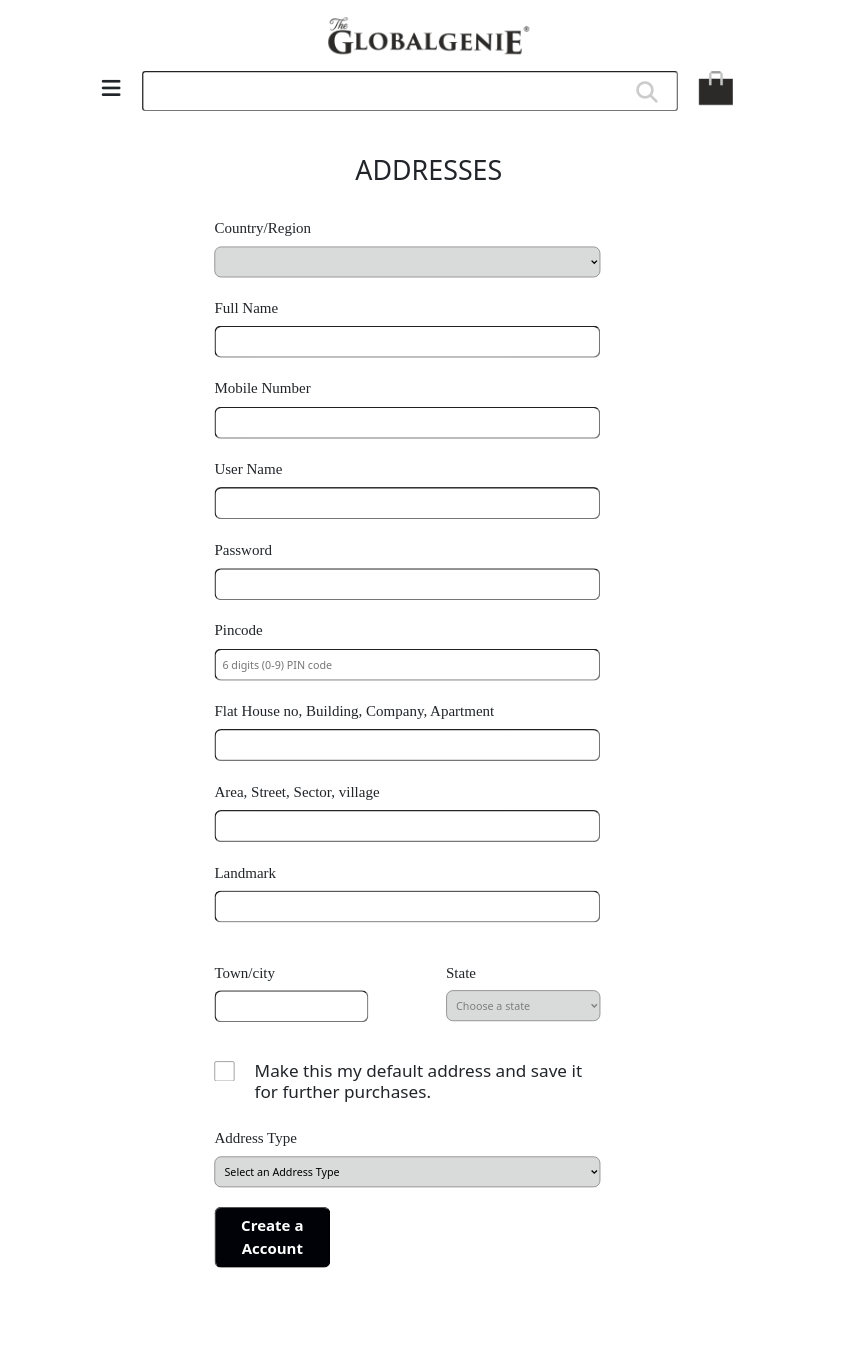
Repository: FlyweisReact/newGlobalGinie
Page: /address
The author's editor kept a copy of each file at every save. The page is drawn from the files as they stood at one save, then again after the next save.
The browser window is 1280 px wide. The pictures show the whole page, at 67% of full size.
Some web libraries are served in a nearby version. The project was rebuilt for these pictures with package versions that can differ from the ones it lists, and the page was loaded fresh each time. Also part of the build but not shown: src/Component/Footer.js, src/Screen/Return.js, src/Screen/AllOrders.js, src/Screen/AllProduct.js, src/Component/Hero2.js, src/Screen/Baby.css, src/Component/Reviews.js, src/Screen/Baby.js and 35 more.

Above is the page before, as saved 2023-02-16 19:30:19.

### public/index.html
<!-- @format -->

<!DOCTYPE html>
<html lang="en">
  <head>
    <meta charset="utf-8" />
    <link rel="icon" href="%PUBLIC_URL%/favicon.ico" />
    <meta name="viewport" content="width=device-width, initial-scale=1" />
    <meta name="theme-color" content="#000000" />
    <meta
      name="description"
      content="Web site created using create-react-app"
    />
    <link rel="apple-touch-icon" href="%PUBLIC_URL%/logo192.png" />
    <link rel="manifest" href="%PUBLIC_URL%/manifest.json" />
    <meta content="width=device-width, initial-scale=1" name="viewport" />

    <title>Global Ginie</title>
  </head>
  <body>
    <noscript>You need to enable JavaScript to run this app.</noscript>
    <div id="root"></div>
  </body>
  <script
    src="https://kit.fontawesome.com/b533b351e4.js"
    crossorigin="anonymous"
  ></script>
</html>

### src/Screen/Address.js
/** @format */

import React from "react";
import img1 from "../Assets/asset1.png";

const Address = () => {
  return (
    <>
      <div className="MyOrderHead">
        {/* <img src={img1} alt="" /> */}
        <h1 style={{ textAlign: "center", display: "block", margin: "auto" }}>ADDRESSES</h1>
      </div>

      <div
        className="OrderSummary"
        id="MyFormNew"
      >
        <div className="left">
          <div className="LeftForm">
            <div>
              <label>Country/Region</label>
              <br />
              <select
                style={{
                  backgroundColor: "#D9DADA",
                  border: "1px solid #707070",
                }}
              >
                <option></option>
              </select>
            </div>

            <div>
              <label>Full Name</label>
              <br />
              <input type={"text"} />
            </div>

            <div>
              <label>Mobile Number</label>
              <br />
              <input type={"number"} />
            </div>

            <div>
              <label>User Name</label>
              <br />
              <input type={"text"} />
            </div>

            <div>
              <label>Password</label>
              <br />
              <input type={"password"} />
            </div>

            <div>
              <label>Pincode</label>
              <br />
              <input type={"number"} placeholder="6 digits (0-9) PIN code" />
            </div>

            <div>
              <label>Flat House no, Building, Company, Apartment</label>
              <br />
              <input type={"text"} />
            </div>

            <div>
              <label>Area, Street, Sector, village</label>
              <br />
              <input type={"text"} />
            </div>

            <div>
              <label>Landmark</label>
              <br />
              <input type={"password"} />
            </div>

            <div className="mix">
              <div>
                <label>Town/city</label>
                <input type="text"></input>
              </div>
              <div>
                <label>State</label>
                <select
                  style={{
                    backgroundColor: "#D9DADA",
                    border: "1px solid #707070",
                    color: "#7E7E7E",
                  }}
                >
                  <option>Choose a state</option>
                </select>
              </div>
            </div>

            <div className="check">
              <div>
                <input type={"checkbox"} />
              </div>
              <h5>
                Make this my default address and save it for further purchases.
              </h5>
            </div>

            <div>
              <label>Address Type</label>
              <br />
              <select
                style={{
                  backgroundColor: "#D9DADA",
                  border: "1px solid #707070",
                }}
              >
                <option>Select an Address Type</option>
              </select>
            </div>

            <button className="newBtn">Create a Account</button>
          </div>
        </div>
      </div>

    </>
  );
};

export default Address;

Loaded but not shown: src/Component/NavBar.js (275 lines, source omitted); src/App.js (99 lines, source omitted); src/index.js (14 lines, source omitted); src/index.css (2670 lines, source omitted)

After the next save:
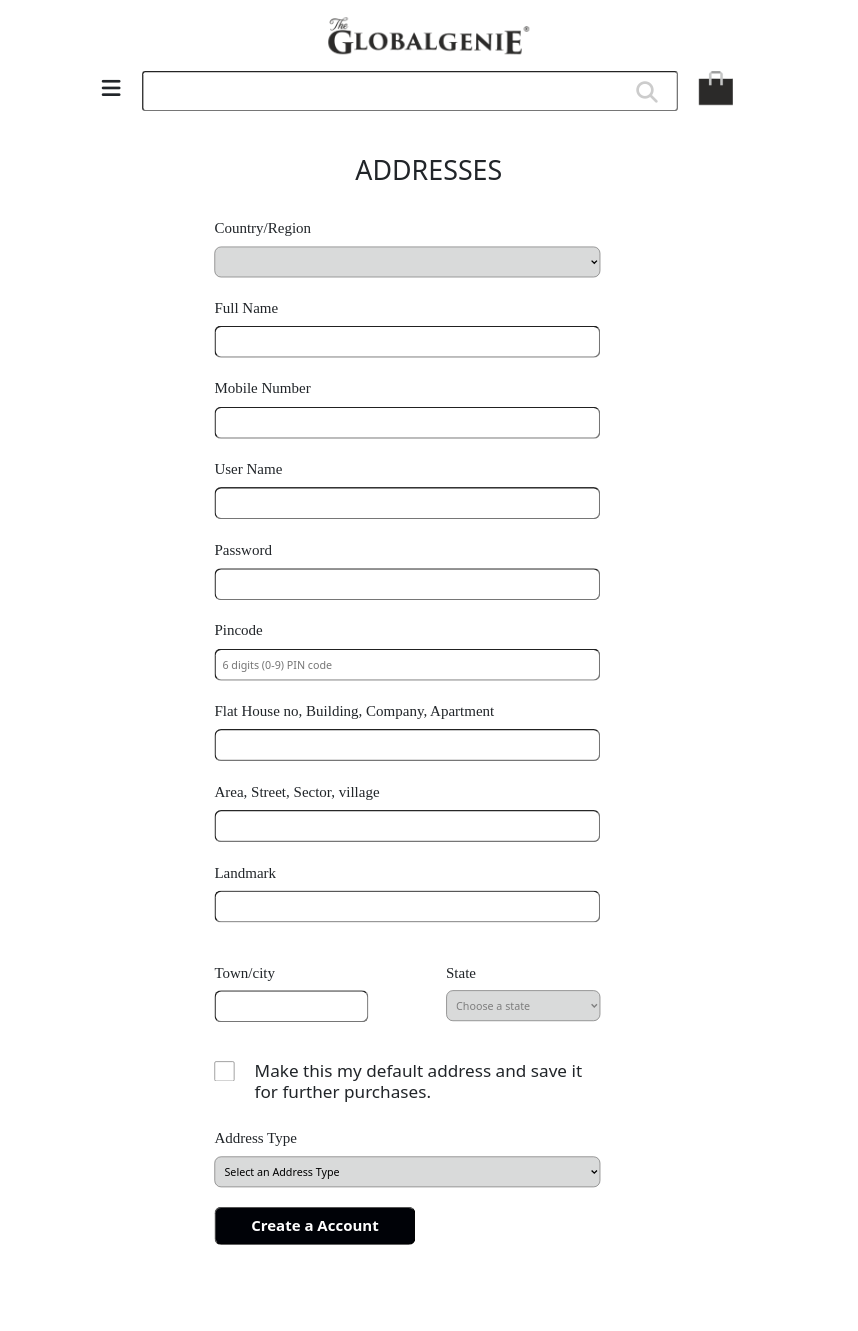
Saved 22 s later.
--- a/src/Screen/Address.js
+++ b/src/Screen/Address.js
@@ -119,7 +119,7 @@
               </select>
             </div>
 
-            <button className="newBtn">Create a Account</button>
+            <button className="newBtn" style={{width : '300px'}}>Create a Account</button>
           </div>
         </div>
       </div>
